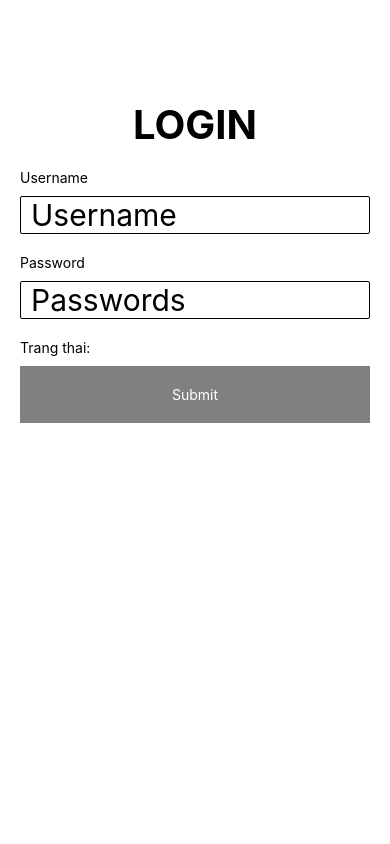
Repository: vietnguyenhoangw/ReactNative-FirstApplication
Screen: /
These files come from the project's save history. The screen is drawn as it stood at one moment and after the next save; the edit follows.
The app was drawn by React Native's web renderer in a window 390 px wide. The project was rebuilt for these pictures with package versions that can differ from the ones it lists, and the page was loaded fresh each time.

Above is the screen before, as saved 2019-12-11 09:39:09.

### App.js
// import thu vien

import React, {Component} from "react"

import {
  View,
  Text,
  StyleSheet,
  TextInput,
  TouchableOpacity,
} from "react-native"

// code class, component : render

class HelloWorld extends Component {

  constructor(props) {
    super(props);

    this.state = {
      username: '',
      password: '',
      text: '',
    }
  }

  click() {
    var Username = "aaa";
    var Password = "bbb";

    if (this.state.username != Username) {
      console.log('Sai username, password');
    }else {
      if (this.state.password != Password) {
        console.log('Sai username, password')
      }
      else {
        console.log('Thanh Cong')
        this.setState({
          text : "Thanh cong"
        })
      }
    }
  }

  render() {
    return(
      <View style={styles.viewOnScreen}>

        <View style={styles.viewHeader}>

          <Text style={styles.textTitle}>LOGIN</Text>

        </View>

        <View style={styles.body}>

          <Text style={styles.textUser}>Username</Text>

          <TextInput
            style={styles.textInput}
            placeholder = "Username"
            onChangeText={(text) => this.setState({username:text})}/>

          <Text style={styles.textUser}>Password</Text>

          <TextInput style={styles.textInput}
           placeholder = "Passwords"
           onChangeText={(text) => this.setState({password:text})} />

          <Text style={styles.textUser}>Trang thai: {this.state.text}</Text>

          <TouchableOpacity
            style={styles.btn}
            onPress={() => {this.click()}}>
            <Text style={styles.textBtn}>Submit</Text>
          </TouchableOpacity>

        </View>

      </View>
    );
  }
}

const styles = StyleSheet.create({
  viewOnScreen: {
    width: '100%',
    height: '100%'
  },
  viewHeader: {
      width:'100%',
  },
  textTitle: {
    textAlign:'center',
    marginTop: 100,
    marginBottom: 20,
    fontWeight:'bold',
    fontSize: 40
  },
  textUser: {
    marginLeft: 20,
    marginRight: 20,
    marginBottom: 10,
  },
  textInput:{
    borderRadius:2,
    marginBottom: 20,
    marginLeft: 20,
    marginRight: 20,
    borderWidth:1,
    borderColor: 'black',
    fontSize:30,
    paddingLeft: 10,
    paddingRight: 10
  },
  btn: {
    backgroundColor:'gray',
    marginLeft: 20,
    marginRight: 20,
    padding:20,
  },
  textBtn: {
    width:'100%',
    color: 'white',
    textAlign:'center',
  }
});

export default HelloWorld

After the next save:
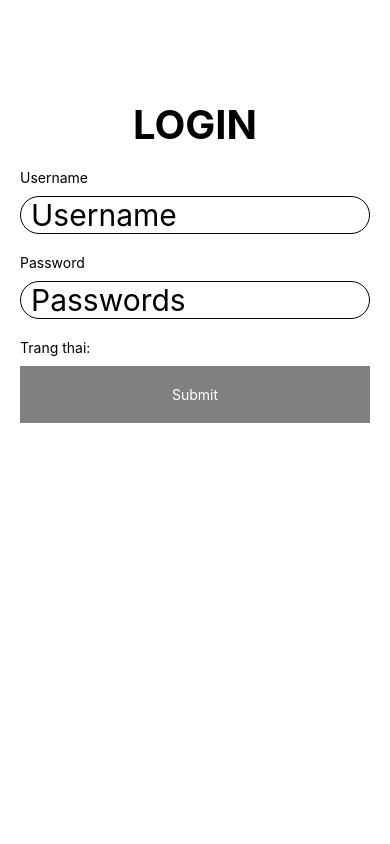
Saved 10 s later.
--- a/App.js
+++ b/App.js
@@ -104,7 +104,7 @@ const styles = StyleSheet.create({
     marginBottom: 10,
   },
   textInput:{
-    borderRadius:2,
+    borderRadius:20,
     marginBottom: 20,
     marginLeft: 20,
     marginRight: 20,
